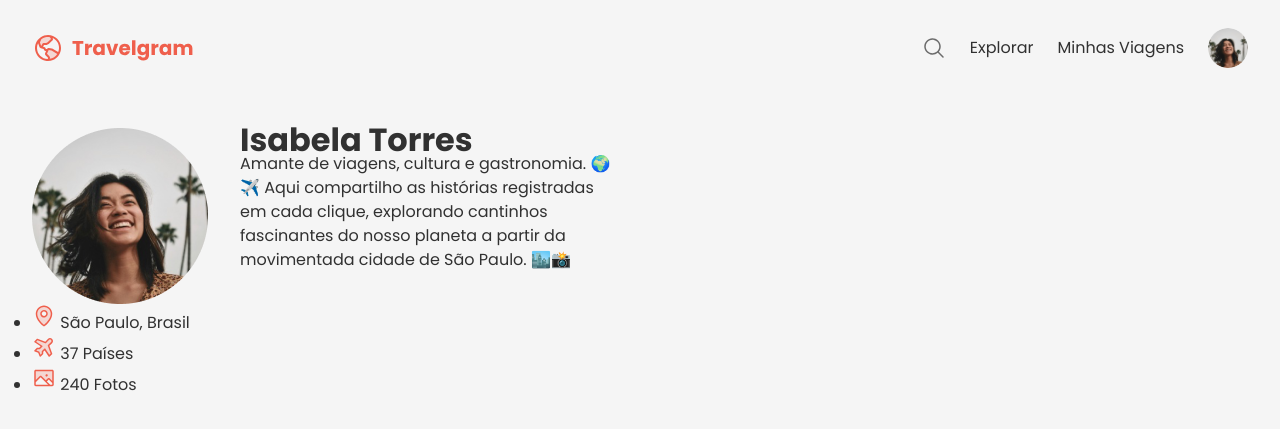
Repository: AbiezerSidonioJoseOdanacaJunior/projeto-travelgram
Page: index.html
These files come from the project's save history. The page is drawn as it stood at one moment and after the next save; the edit follows.
The browser window is 1280 px wide. The pictures show the whole page.
Some web fonts or font styles are not loaded; a fallback is used.

Above is the page before, as saved 2024-11-12 17:50:57.

After the next save:
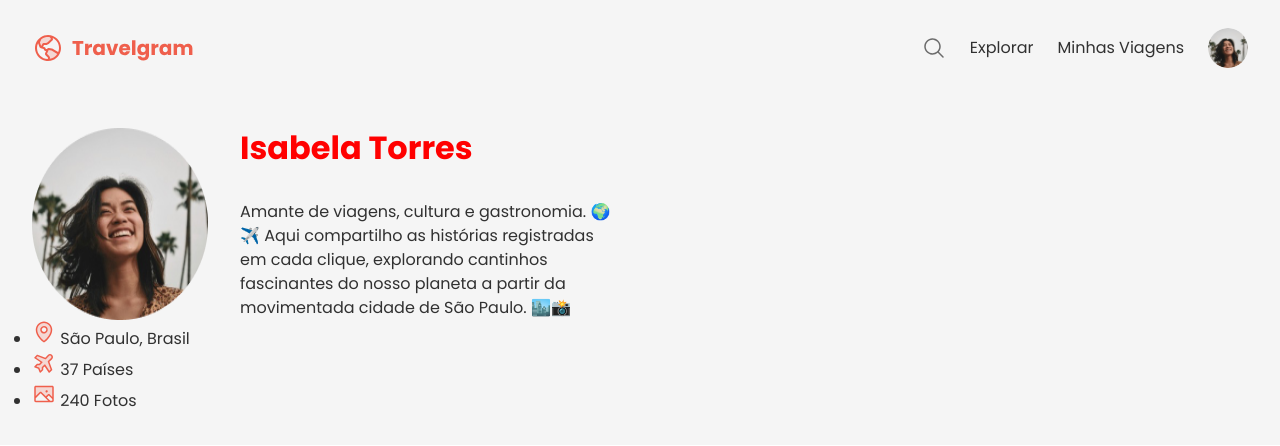
Saved 12 s later.
--- a/styles/header.css
+++ b/styles/header.css
@@ -11,7 +11,7 @@
     max-width: 384px;
 }
 
-#pfofile h1 {
+ h1 {
     font: var(--text-lg);
     color: red;
     padding-bottom: 32px;
